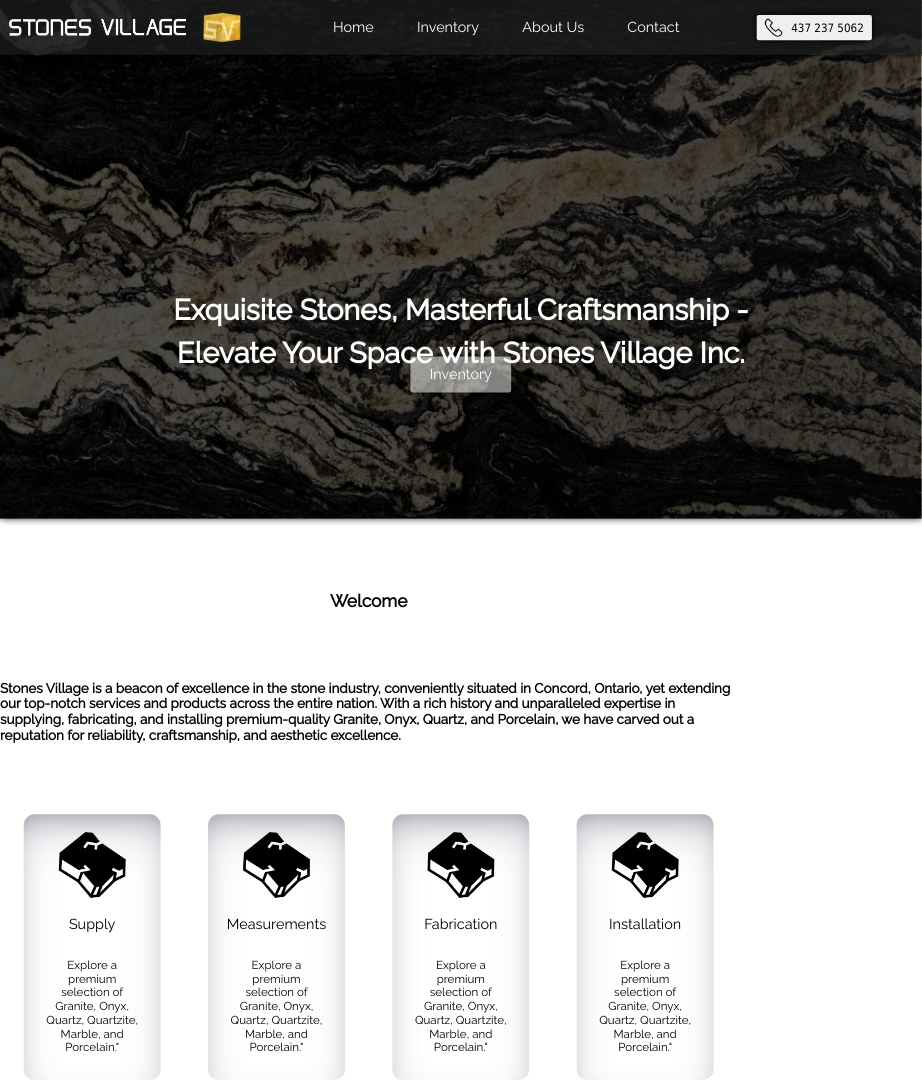
Repository: shayanabedi98/Stones-Village
Page: index.html
An editor plug-in stored every save of this project. The page is shown before and after the next save, followed by the edit.
The browser window is 1280 px wide. The pictures show the whole page, at 72% of full size.
Backgrounds fixed to the window are drawn as part of the page.

Above is the page before, as saved 2023-10-22 16:56:06.

### index.html
<!DOCTYPE html>
<html lang="en">
<head>
    <meta charset="UTF-8">
    <meta name="viewport" content="width=device-width, initial-scale=1.0">
    <title>Stones Village | Home</title>
    <link rel="preconnect" href="https://fonts.googleapis.com">
    <link rel="preconnect" href="https://fonts.gstatic.com" crossorigin>
    <link href="https://fonts.googleapis.com/css2?family=Raleway&display=swap" rel="stylesheet">
    <link rel="stylesheet" href="styles.css">
</head>
<body>
    <div class="navbar">
        <div class="logo">
            <img id="logo-name" src="./resources/sv-name.png" alt="Company name">
            <img id="logo-cube" src="./resources/sv-cube.png" alt="Company logo">
        </div>
        <div class="navbar-menu">
            <ul>
                <li><a href="./">Home</a></li>
                <li><a href="./inventory">Inventory</a></li>
                <li><a href="./about-us">About Us</a></li>
                <li><a href="./contact">Contact</a></li>
            </ul>
        </div>
        <div class="navbar-tel">
            <button><a href="tel:+14372375062">
                <img src="./resources/telephone-svgrepo-com.png" alt="Contact By Number">
                437 237 5062
            </a></button>
        </div>
    </div>
    <div class="grid-container">
        <div class="banner">
            <!-- Background Image -->
        </div>
        <div class="banner-overlay">
            <h1>Exquisite Stones, Masterful Craftsmanship - Elevate Your Space with Stones Village Inc.</h1>
            <button>Inventory</button>
        </div>
        <div class="services-container">
            <h2>Welcome</h2>
            <h3>Stones Village is a beacon of excellence in the stone industry, conveniently situated in Concord, Ontario, yet extending our top-notch services and products across the entire nation. With a rich history and unparalleled expertise in supplying, fabricating, and installing premium-quality Granite, Onyx, Quartz, and Porcelain, we have carved out a reputation for reliability, craftsmanship, and aesthetic excellence.</h3>
            <div class="card-container">
                <div class="card">
                    <img src="./resources/stone-tablet-svgrepo-com.png" alt="Icon of Stone Slab">
                    <div class="card-text">
                        <p class="card-name">Supply</p>
                        <p class="card-description">Explore a premium selection of Granite, Onyx, Quartz, Quartzite, Marble, and Porcelain."</p>
                    </div>
                </div>
                <div class="card">
                    <img src="./resources/stone-tablet-svgrepo-com.png" alt="Icon of Stone Slab">
                    <div class="card-text">
                        <p class="card-name">Measurements</p>
                        <p class="card-description">Explore a premium selection of Granite, Onyx, Quartz, Quartzite, Marble, and Porcelain."</p>
                    </div>
                </div>
                <div class="card">
                    <img src="./resources/stone-tablet-svgrepo-com.png" alt="Icon of Stone Slab">
                    <div class="card-text">
                        <p class="card-name">Fabrication</p>
                        <p class="card-description">Explore a premium selection of Granite, Onyx, Quartz, Quartzite, Marble, and Porcelain."</p>
                    </div>
                </div>
                <div class="card">
                    <img src="./resources/stone-tablet-svgrepo-com.png" alt="Icon of Stone Slab">
                    <div class="card-text">
                        <p class="card-name">Installation</p>
                        <p class="card-description">Explore a premium selection of Granite, Onyx, Quartz, Quartzite, Marble, and Porcelain."</p>
                    </div>
                </div>
            </div>

            <!-- Free Quotations
Stonica Group Inc. offers no-obligation, comprehensive quotes for all project sizes. Our experts provide a detailed cost estimate, ensuring transparency and no hidden charges.


Measurements
We use advanced tools for precise project measurements, considering the environment and potential challenges to ensure seamless integration of our fabrications into your space.


Fabrication
Our high-quality fabrication service is handled by a skilled team and cutting-edge facilities. We handle various materials and complexities, ensuring the finished product meets the highest industry standards.


Installation
Our trained professionals carry out careful and precise installations. We also perform comprehensive checks post-installation, ensuring a perfect fit and function. Your satisfaction is our ultimate goal. -->
        </div>
    </div>
    <script src="./index.js"></script>
</body>
</html>

### styles.css
body {
    background-color: #FFFFFE;
    color: #000000;
    font-family: 'Raleway', sans-serif;
    margin: 0;
    padding: 0;
}

.navbar {
    display: grid;
    grid-template-columns: 0.5fr 1fr 0.5fr;
    background-color: rgba(29, 31, 31, 0.7);
    box-shadow: 0 0 5px 0 rgb(0, 0, 0);
    padding: 10px;
    position: fixed;
    width: 100%;
    z-index: 1;
}

.logo {
    display: flex;
    align-items: center;
    justify-content: center;
}

#logo-cube {
    height: 42px;
    margin-left: 20px;
    cursor: pointer;
}

#logo-name {
    height: 28px;
    cursor: pointer;
}

.navbar-menu {
    display: grid;
    align-items: end;
}

.navbar-menu ul {
    display: flex;
    align-content: center;
    justify-content: center;
    list-style-type: none;
}

.navbar-menu a {
    text-decoration: none;
    color: #FFFFFE;
    font-size: 20px;
    margin-left: 60px;
}

.navbar-menu a:hover {
    color: #E0B739;
    transition: 0.3s;
    border-bottom: 8px solid #E0B739;
}

.navbar-menu a:not(:hover) {
    color: #FFFFFE;
    border-bottom: 0px;
    transition: 0.3s;
}

.navbar-tel {
    display: flex;
    justify-content: center;
    align-items: center;
}

.navbar-tel button {
    height: 35px;
    width: 160px;
    border: none;
    border-radius: 3px;
    box-shadow: 0 0 10px 0 rgb(0, 0, 0);
}

.navbar-tel img {
    height: 25px;
    margin-right: 12px;
}

.navbar-tel a {
    text-decoration: none;
    color: black;
    font-family: Tahoma, Verdana, sans-serif;
    font-size: 16px;
    display: flex;
    align-items: center;
    justify-content: center;
}

.banner {
    background-attachment: fixed;
    height: 100vh;
    background-size: 2100px;
    background-repeat: no-repeat;
    background-position: 0 -400px;
    transition: opacity 1s ease-in-out, background-size 0s, background-position 0s;
}

.banner-overlay {
    background-color: rgba(0, 0, 0, 0.7);
    box-shadow: 0 0 10px 0 black;
    display: grid;
    grid-template-rows: 0.8fr 1fr;
    justify-items: center;
    align-items: center;
    text-align: center;
    position: absolute;
    height: 100vh;
    width: 100%;
    top: 0;
}

.banner-overlay h1 {
    margin: 0;
    color: #FFFFFE;
    position: relative;
    font-size: 40px;
    top: 300px;
    width: 70%;
    line-height: 60px;
}

.banner-overlay button {
    font-family: 'Raleway', sans-serif;
    background-color: rgba(255, 255, 254, 0.5);
    color: white;
    border: none;
    border-radius: 3px;
    font-size: 20px;
    width: 140px;
    height: 50px;
    box-shadow: 0 0 2px 0 black;
    cursor: pointer;
}

.banner-overlay button:hover {
    box-shadow: 0 0 15px 0 black;
    background-color: rgb(224, 183, 57);
    transition: 0.3s;
}

.banner-overlay button:not(:hover) {
    box-shadow: 0 0 5px 0 black;
    transition: 0.3s;
}

.services-container {
    display: grid;
    grid-template-rows: 1fr 1fr;
    justify-items: center;
    margin-top: 80px;
    width: 80%;
}

.services-container h2, h3 {
    display: grid;
    justify-items: center;
}

.card-container {
    display: grid;
    width: 100%;
    grid-template-columns: repeat(4, 1fr);
    justify-items: center;
    margin-top: 80px;
}

.card {
    width: 70%;
    display: grid;
    justify-items: center;
    border-radius: 15px;
    box-shadow: rgba(50, 50, 93, 0.25) 0px 30px 60px -12px inset, rgba(0, 0, 0, 0.3) 0px 18px 36px -18px inset;
    padding: 20px 5px;
}

.card img {
    height: 100px;
}

.card-text {
    display: grid;
    text-align: center;
    justify-items: center;
}

.card-name {
    font-size: 20px;
}

.card-description {
    width: 75%;
}

### index.js
const banner = document.querySelector('.banner');
const bannerImg = ['./resources/aaron-huber-G7sE2S4Lab4-unsplash.jpg', './resources/black-marble-texture2-min2.jpg', './resources/engin-akyurt-m555vEfryhE-unsplash.jpg', './resources/marble-2398956_1920.jpg'];
let bannerImgIndex = 0;
const logoName = document.querySelector('#logo-name');
const logoCube = document.querySelector('#logo-cube');
const navbar = document.querySelector('.navbar');

logoCube.addEventListener('click', () => {
    window.location.replace('./')
})

logoCube.addEventListener('mouseover', () => {
    navbar.style.backgroundColor = 'rgba(224, 183, 57,0.3)'
    navbar.style.transition = '4s'
})

logoCube.addEventListener('mouseout', () => {
    navbar.style.backgroundColor = 'rgba(29, 31, 31, 0.7)'
    navbar.style.transition = '2s'
})

logoName.addEventListener('click', () => {
    window.location.replace('./')
})

logoName.addEventListener('mouseover', () => {
    navbar.style.backgroundColor = 'rgba(224, 183, 57,0.3)'
    navbar.style.transition = '4s'
})

logoName.addEventListener('mouseout', () => {
    navbar.style.backgroundColor = 'rgba(29, 31, 31, 0.7)'
    navbar.style.transition = '2s'
})

const bannerImgChanger = () => {
    banner.style.opacity = '0'
    bannerImgIndex = (bannerImgIndex + 1) % bannerImg.length;
    banner.style.background = `url(${bannerImg[bannerImgIndex]})`;

    if (bannerImgIndex === 0) {
        banner.style.backgroundSize = '2100px';
        banner.style.backgroundPosition = '0 -400px'
        banner.style.backgroundAttachment = 'fixed';
        banner.style.opacity = '1'
        banner.style.transition = 'opacity 1s ease-in, background-size 0s, background-position 0s;';
        setTimeout(() => {
            banner.style.opacity = '0'
        }, 7000)

    } else if (bannerImgIndex === 1) {
        banner.style.backgroundSize = '2000px';
        banner.style.backgroundAttachment = 'fixed';
        banner.style.opacity = '1'
        banner.style.transition = 'opacity 1s ease-in, background-size 0s, background-position 0s;';
        setTimeout(() => {
            banner.style.opacity = '0'
        }, 7000)

    } else if (bannerImgIndex === 2) {
        banner.style.backgroundAttachment = 'fixed';
        banner.style.opacity = '1'
        banner.style.transition = 'opacity 1s ease-in, background-size 0s, background-position 0s;';
        setTimeout(() => {
            banner.style.opacity = '0'
        }, 7000)
    } else if (bannerImgIndex === 3) {
        banner.style.backgroundAttachment = 'fixed';
        banner.style.opacity = '1'
        banner.style.transition = 'opacity 1s ease-in, background-size 0s, background-position 0s;';
        setTimeout(() => {
            banner.style.opacity = '0'
        }, 7000)
    }
};

bannerImgChanger();

setInterval(bannerImgChanger, 8000)

After the next save:
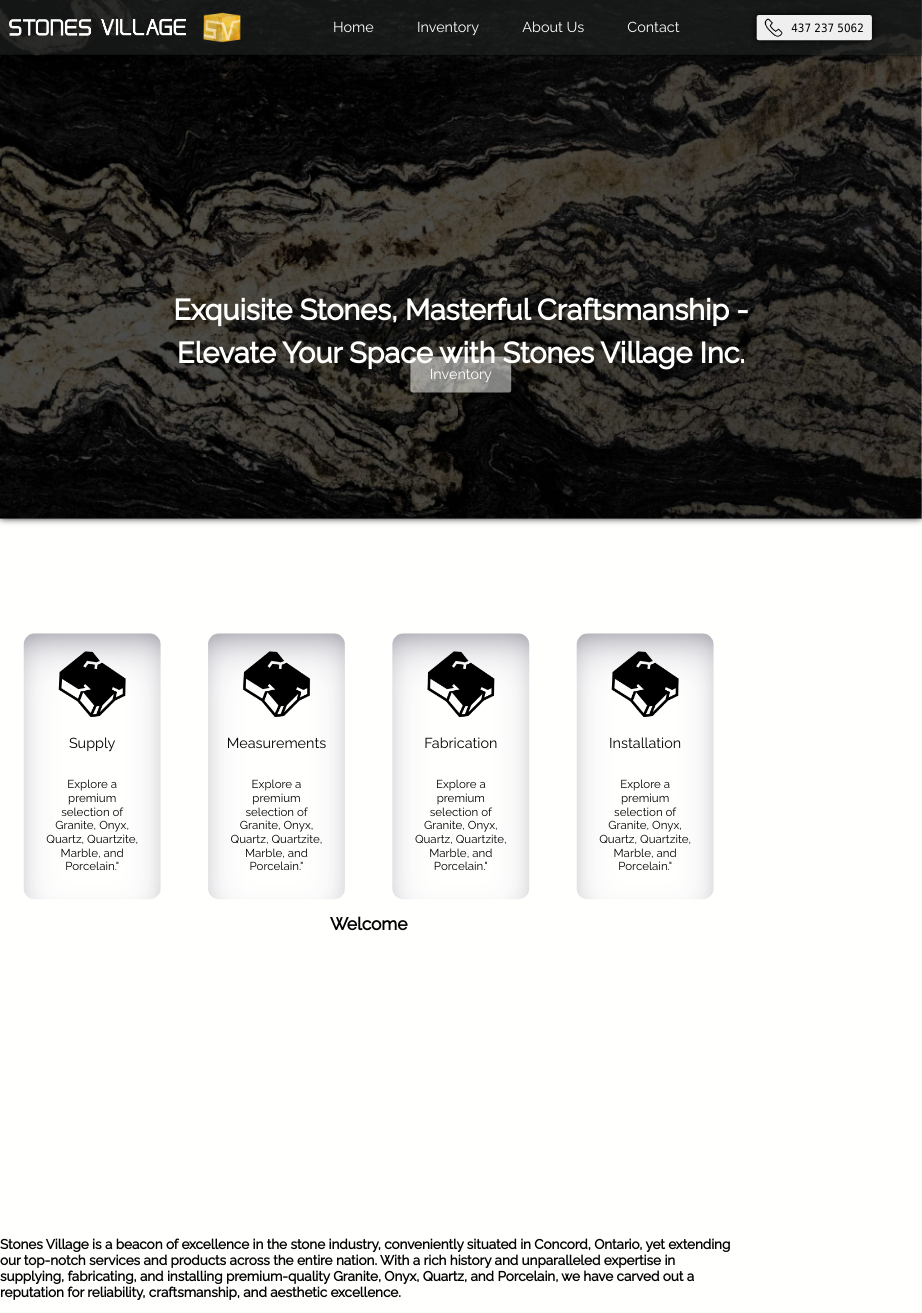
Saved 52 s later.
--- a/index.html
+++ b/index.html
@@ -39,8 +39,6 @@
             <button>Inventory</button>
         </div>
         <div class="services-container">
-            <h2>Welcome</h2>
-            <h3>Stones Village is a beacon of excellence in the stone industry, conveniently situated in Concord, Ontario, yet extending our top-notch services and products across the entire nation. With a rich history and unparalleled expertise in supplying, fabricating, and installing premium-quality Granite, Onyx, Quartz, and Porcelain, we have carved out a reputation for reliability, craftsmanship, and aesthetic excellence.</h3>
             <div class="card-container">
                 <div class="card">
                     <img src="./resources/stone-tablet-svgrepo-com.png" alt="Icon of Stone Slab">
@@ -71,7 +69,8 @@
                     </div>
                 </div>
             </div>
-
+            <h2>Welcome</h2>
+            <h3>Stones Village is a beacon of excellence in the stone industry, conveniently situated in Concord, Ontario, yet extending our top-notch services and products across the entire nation. With a rich history and unparalleled expertise in supplying, fabricating, and installing premium-quality Granite, Onyx, Quartz, and Porcelain, we have carved out a reputation for reliability, craftsmanship, and aesthetic excellence.</h3>
             <!-- Free Quotations
 Stonica Group Inc. offers no-obligation, comprehensive quotes for all project sizes. Our experts provide a detailed cost estimate, ensuring transparency and no hidden charges.
 

After the save that followed:
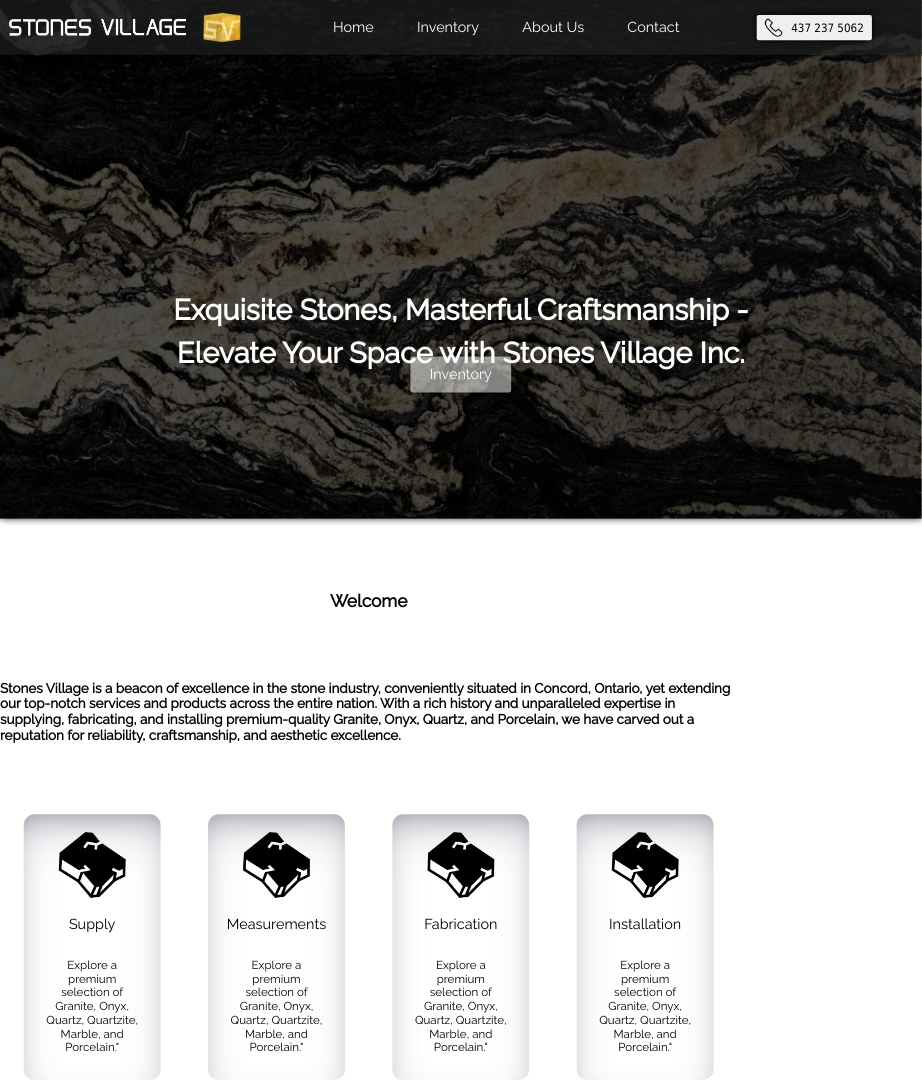
Saved 11 s later.
--- a/index.html
+++ b/index.html
@@ -39,6 +39,8 @@
             <button>Inventory</button>
         </div>
         <div class="services-container">
+            <h2>Welcome</h2>
+            <h3>Stones Village is a beacon of excellence in the stone industry, conveniently situated in Concord, Ontario, yet extending our top-notch services and products across the entire nation. With a rich history and unparalleled expertise in supplying, fabricating, and installing premium-quality Granite, Onyx, Quartz, and Porcelain, we have carved out a reputation for reliability, craftsmanship, and aesthetic excellence.</h3>
             <div class="card-container">
                 <div class="card">
                     <img src="./resources/stone-tablet-svgrepo-com.png" alt="Icon of Stone Slab">
@@ -69,8 +71,7 @@
                     </div>
                 </div>
             </div>
-            <h2>Welcome</h2>
-            <h3>Stones Village is a beacon of excellence in the stone industry, conveniently situated in Concord, Ontario, yet extending our top-notch services and products across the entire nation. With a rich history and unparalleled expertise in supplying, fabricating, and installing premium-quality Granite, Onyx, Quartz, and Porcelain, we have carved out a reputation for reliability, craftsmanship, and aesthetic excellence.</h3>
+
             <!-- Free Quotations
 Stonica Group Inc. offers no-obligation, comprehensive quotes for all project sizes. Our experts provide a detailed cost estimate, ensuring transparency and no hidden charges.
 
